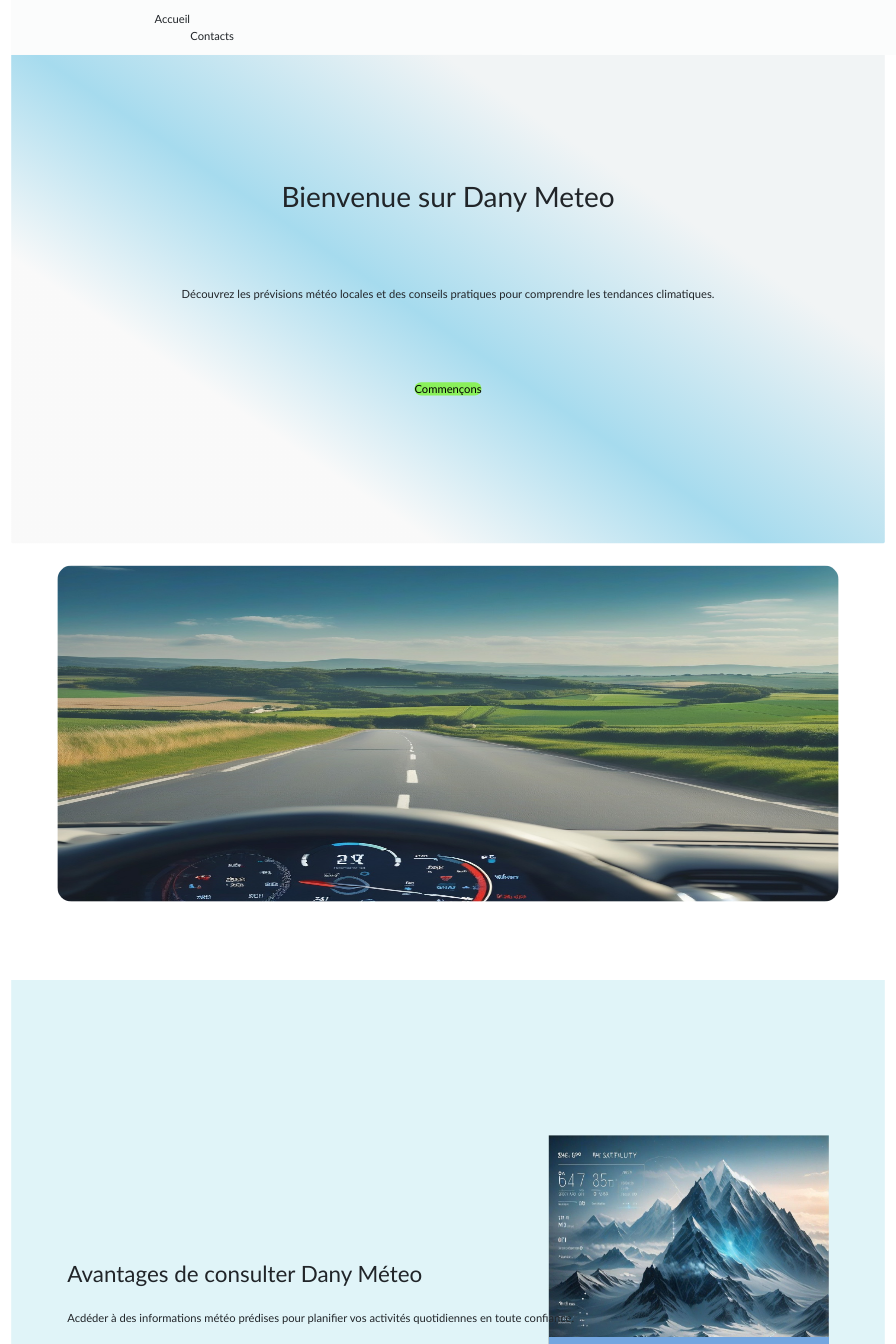
Repository: Dany-py/Blue_Meteo
Page: index.html
The author's editor kept a copy of each file at every save. The page is drawn from the files as they stood at one save, then again after a run of saves.
The browser window is 1280 px wide. The pictures show the part of the page from y = 0 to 1920 px (the page is 3554 px tall), at 70% of full size.

Above is the page before, as saved 2024-11-18 20:16:19.

### index.html
<!DOCTYPE html>
<html>

<head>
  <meta charset="utf-8">
  <meta name="viewport" content="width=device-width">
  <title>Meteo</title>
  <link href="https://cdn.jsdelivr.net/npm/bootstrap@5.3.3/dist/css/bootstrap.min.css" rel="stylesheet" integrity="sha384-QWTKZyjpPEjISv5WaRU9OFeRpok6YctnYmDr5pNlyT2bRjXh0JMhjY6hW+ALEwIH" crossorigin="anonymous">
  <script src="https://cdn.jsdelivr.net/npm/bootstrap@5.3.3/dist/js/bootstrap.bundle.min.js" integrity="sha384-YvpcrYf0tY3lHB60NNkmXc5s9fDVZLESaAA55NDzOxhy9GkcIdslK1eN7N6jIeHz" crossorigin="anonymous"></script>
  <link rel="stylesheet" href="Meteo.css">
</head>

<body>
  <nav class="navbar navbar-expand-md" style="background-color:#FBFCFC; position: fixed; width: 100%; top: 0;">

    <div class="container" id="nav">
      <div class="row">
        <div class="col-md-5"></div>
        <div class="col-md-7">
          <div class="row">
            <div class="col-md-4">
              <a class = "btn" href = "">
                Accueil
              </a>
            </div>
            <div class="col-md-4">
              <a class = "btn" href = "
                About
              </a>
            </div>
            <div class="col-md-4">
              <a class = "btn" href = "">
                Contacts
              </a>
            </div>
          </div>
        </div>
      </div>
    </div>
  </nav>

  <div class = "container-fluid" id = "introduction">

    <h1>Bienvenue sur Dany Meteo</h1>
    <br><br><br><br>
    <p>Découvrez les prévisions météo locales et des conseils pratiques pour comprendre les tendances climatiques.</p>
    <br><br><br><br>
    <a href="#parent_main_div">Commençons</a>
  </div>

  <div class = "container" id="img5">
    <img src="img/img5.jpeg">
  </div>

  <div class="container-fluid" id="div2">
    <div class="writen">
      <h2>Avantages de consulter Dany Méteo</h2> <br>
      <p>Acdéder à des informations météo prédises pour planifier vos activités quotidiennes en toute confiance.</p>
    </div>

    <div class="figure">
      <img src="img/img3.jpg">

      <span class="under_figure">
        <img src="img/neige.png" id="icon1">
        <h3>1.245</h3><br>
        <p>Prédictions météo exacte ce mois-ci</p>
      </span>
    </div>
  </div>

  <div class = "container" id="parent_main_div">
    <div class = "row">
      <div class = "col-md-4"></div>
      <div class = "col-md-4" id = "main_div">
        <p id="response"></p>
        <input type="text" placeholder="Ville" id="put">
        <br><br>
        <button id = "btn">Valider</button>
      </div>
      <div class = "col-md-4"></div>
    </div>
  </div>

  <div class = "container" id = "div3">
    <h3>
      Explorez les Ressources Météo Locales
    </h3><br><br>
    <p>
      Restez informé avec nos prévisions locales détaillées et nos conseils pratiques.<br>Ne manquez pas les dernières tendances climatiques pour mieux planifier vos projets.
    </p>

    <div class="row">
      <div class="col-md-4">
        <img src="img/img2.jpg" alt="">
      </div>
      <div class="col-md-4">
        <img src="img/img1.jpg" alt="">
      </div>
      <div class="col-md-4">
        <img src="img/img4.jpeg" alt="">
      </div>
    </div>
  </div>

  <footer>
    <div class="container-fluid text-center">
      <p1>
        <br><br><br>
        Copyright &copy; 2024 Dany Meteo. Tous droits réservés.
      </p1>
    </div>
  </footer>

  <script src="Meteo.js"></script>
</body>

</html>

### Meteo.css

body{
  font-family: Gill Sans, sans-serif;
  padding: 1em;
  align-items: center;
  justify-content: center;
}

button{
  background-color: #5eed8d;
  text-align: center;
  border : none;
  border-radius: 30px;
  width : 9rem;
  height: 50px;
}

h{
  font-weight: 900;
}


#introduction{
  text-align: center;
  margin-top: 2em;
  padding: 13em;
  border-radius: 2px;
  background: rgb(238,238,238);
  background: linear-gradient(34deg, rgba(238,238,238,0.34905660377358494) 26%, rgba(166,219,238,1) 46%, rgba(241,244,245,1) 71%);
}

a{
  text-decoration: none;
  color: black;
  background-color: #8af05b;
  text-align: center;
  border : none;
  border-radius: 30px;
}

#img5{
  width: 100%;
  height: 70%;
}

img{
  width: 100%;
  height: 30rem;
  border-radius: 20px;
  margin-top: 2em;

}

#parent_main_div{
  display: flex;
  flex-grow: 1;
  flex-direction: column;
  justify-content: center;
  align-items: center;
}

#main_div{
  display: flex;
  flex-wrap: wrap;
  flex-direction: column;
  justify-content: center;
  align-items: center;
  background-color: #c8eef5;
  margin-top: 2em;
  width : 25rem;
  height: 20rem;
  border-radius: 30px;
}


input{
  border: none;
  text-align : center;
  width : 11rem;
  height: 3em;
  border-radius : 20px;
}


#div2{
  background-color: #e0f4f8;
  margin-top: 7em;
  padding: 5rem;
  width: 100%;
  height: 55rem;
}

.writen{
  transform: translateY(20rem);

}
.figure{
  float: right;
  width: 25rem;
  height: 10rem;
  display: flex;
  flex-grow: 1;
}
.figure img{
  border-radius: 0;
  flex-grow: 1;
}

.under_figure{
  background-color: #73a6e0;
  width: 25rem;
  height: 15rem;
  position: absolute;
  padding: 2em;
  margin-top: 20em;
}

#icon1{
  width: 3rem;
  height: 3rem;
}

#div3{
  text-align: center;
  margin-top: 3em;
}

#div3 img{
  -webkit-transition: all 0.2s;
  -moz-transition: all 0.2s;
  -ms-transition: all 0.2s;
  -o-transition: all 0.2s;
  transition: all 0.2s;
}

img:hover{
  transform:rotate3d(0,1,0,180deg);
}

footer{
  background-color: black;
  color: white;
  margin-top: 2em;
  width: 100%;
  height: 10em;
}

@media screen and (max-width : 450px) {

  #introduction{
    text-align: center;
    margin-top: 2em;
    width: 15rem;
    height: 50rem;
    padding: 5em;
    border-radius: 2px;
    background: rgb(238,238,238);
    background: linear-gradient(34deg, rgba(238,238,238,0.34905660377358494) 26%, rgba(166,219,238,1) 46%, rgba(241,244,245,1) 71%);
  }


  #main_div{
    display: flex;
    flex-wrap: wrap;
    flex-direction: column;
    justify-content: center;
    align-items: center;
    background-color: #c8eef5;
    margin-top: 2em;
    width : 15rem;
    height: 20rem;
    border-radius: 30px;
  }

  #div2{
    margin-top: 2em;
    padding: 2rem;
    width: 100%;
    height: 40rem;
  }

  .writen{
    transform: translateY(10rem);
  }
  .figure{
    display: none;
  }
}

### Meteo.js
const entrie = document.querySelector("#put");

let recive = "";

const retour = document.querySelector("#response");

const bouton = document.querySelector("#btn");

let ville_presente = false;

addEventListener("DOMContentLoaded", () => Ma_signature());
const url =
  "https://api.meteo-concept.com/api/forecast/daily/0?token=36ef80f9b9c5e2310d624239d73726c34673d397cf14101abb5c1e8239ce23f4&insee=";

let Code_INSEE = new Object();

Code_INSEE = {
  Paris: "75056",
  Marseille: "13055",
  Lyon: "69123",
  Toulouse: "31555",
  Nice: "06088",
  Nantes: "44109",
  Montpellier: "34172",
  Strasbourg: "67482",
  Bordeaux: "33063",
  Lille: "59350",
  Rennes: "35238",
  Toulon: "83137",
  Reims: "51454",
  Saint_Etienne: "42218",
  Havre: "76351",
  Dijon: "21231",
  Grenoble: "38185",
  Angers: "49007",
  Villeurbanne: "69266",
  Saint_Denis: "93066",
  Nimes: "30189",
  Aix_en_Provence: "13001",
  Clermont_Ferrand: "63113",
  Le_Mans: "72181",
  Brest: "29019",
  Tours: "37261",
  Amiens: "80021",
  Annecy: "74010",
  Limoges: "87085",
  Metz: "57463",
  Boulogne_Billancourt: "92012",
  Perpignan: "66136",
  Besançon: "25056",
  Orléans: "45234",
  Rouen: "76540",
  Montreuil: "93048",
  Caen: "14118",
  Argenteuil: "95018",
  Mulhouse: "68224",
  Saint_Paul: "73269",
  Nancy: "54395",
  Tourcoing: "59599",
  Roubaix: "59512",
  Nanterre: "92050",
  Vitry_sur_Seine: "94081",
  Créteil: "94028",
  Avignon: "84007",
  Poitiers: "86194",
  Aubervilliers: "93001",
};

bouton.addEventListener("click", () => Meteo_API(recive));

function Meteo_API(ville) {
  ville = entrie.value;
  retour.innerText = "Un instant";
  if (Code_INSEE[ville] == undefined) {
    const re = document.createElement("p");
    alert("Saisisez une autre ville");
    re.innerText =
      "Nous sommes désolé, nous ne disposons que des informations sur les villes de France";
    retour.innerText = "";
    retour.appendChild(re);
  } else {
    fetch(url + Code_INSEE[ville])
      .then((reponse) => {
        return reponse.json();
      })
      .then((attribut) => {
        let city = new Object();
        let proprieter = new Object();
        const ptext = document.createElement("p");
        city = attribut.city;
        proprieter = attribut.forecast;
        ptext.innerText =
          "Votre ville " +
          city.name +
          ", pour aujourd'hui" +
          ", a " +
          proprieter.probafog +
          "% de risque de brouillard, " +
          proprieter.probafrost +
          "% de risque de givre, " +
          proprieter.probarain +
          "% de risque de pluie";
        retour.innerText = "";
        retour.appendChild(ptext);
      });
  }
}

function Ma_signature() {
  const p =
    "Site réaliser par DEGBE Koffitsè Daniel. Contact : www.linkedin.com/in/daniel-degbe-a4078629b";
  console.log(p);
}

After the next 8 saves:
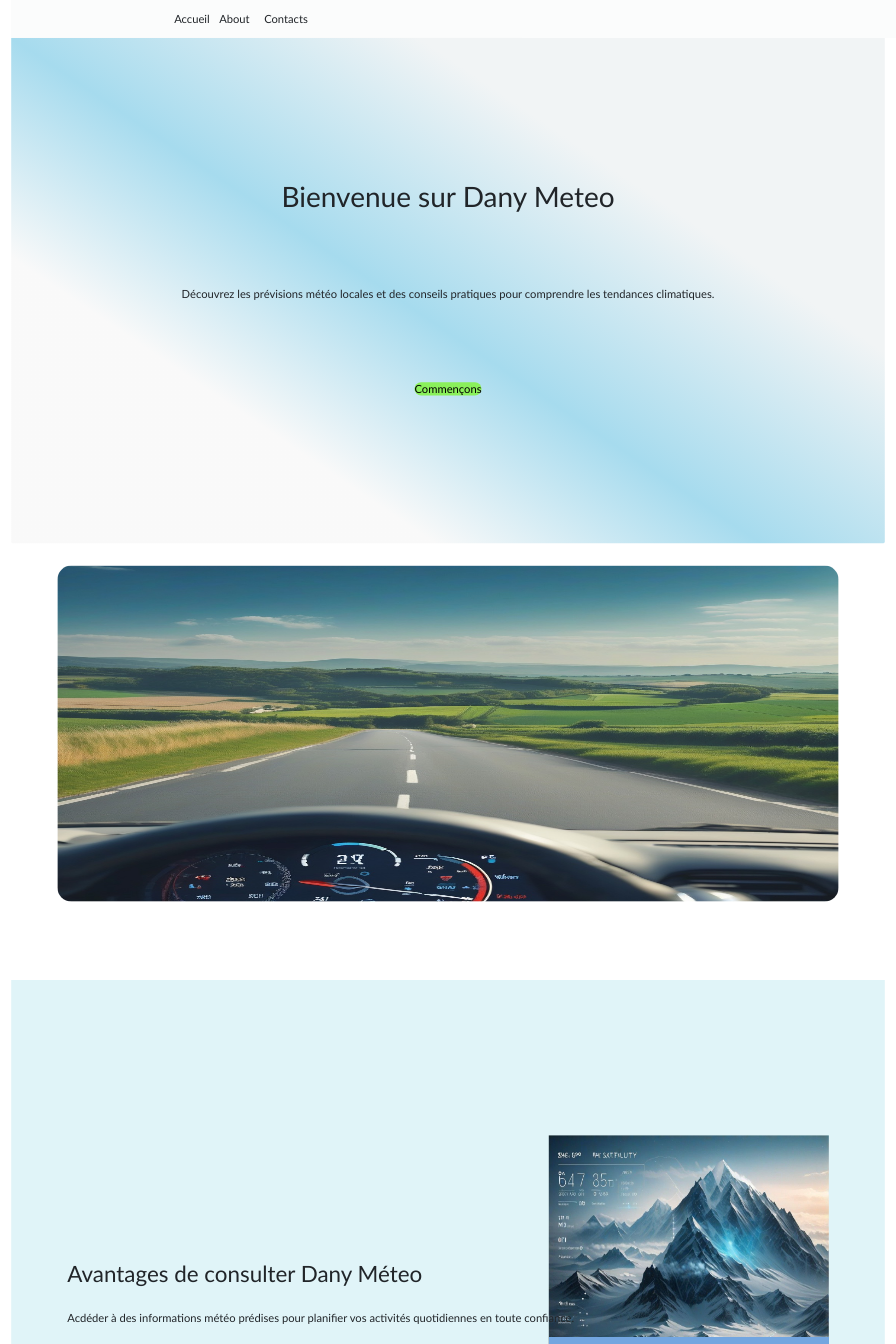
The 8 saves are shown as one change because they came seconds apart.
The last was saved 17 s later.
--- a/index.html
+++ b/index.html
@@ -24,7 +24,7 @@
               </a>
             </div>
             <div class="col-md-4">
-              <a class = "btn" href = "
+              <a class = "btn" href = "">
                 About
               </a>
             </div>
